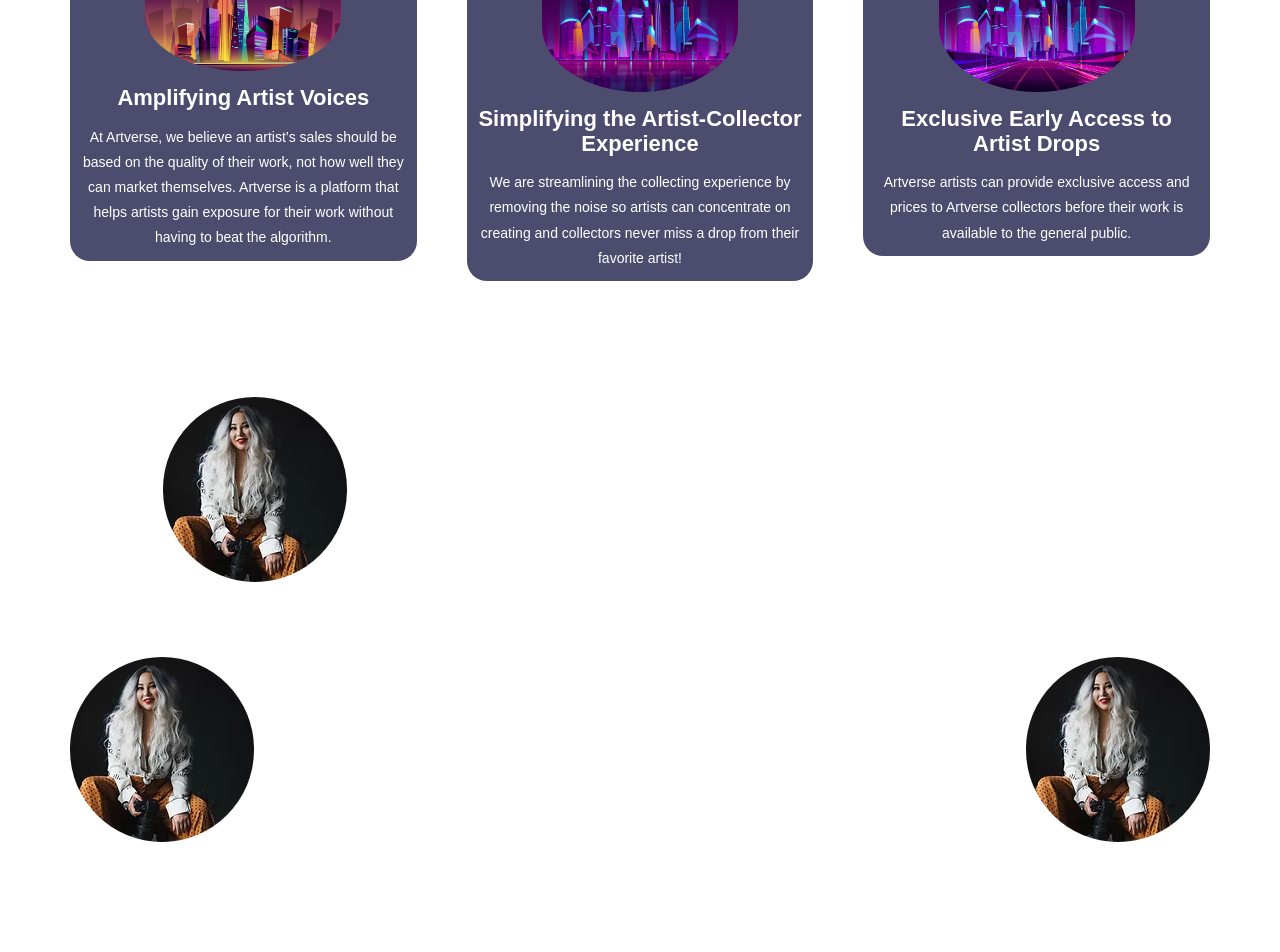
Repository: akinolapo/artverse
Page: /
An editor plug-in stored every save of this project. The page is shown before and after the next save, followed by the edit.
The browser window is 1280 px wide. The pictures show the part of the page from y = 1033 to 1985 px (the page is 1985 px tall).
The project was rebuilt for these pictures with package versions that can differ from the ones it lists, and the page was loaded fresh each time.

Above is the page before, as saved 2022-07-25 14:36:29.

After the next save:
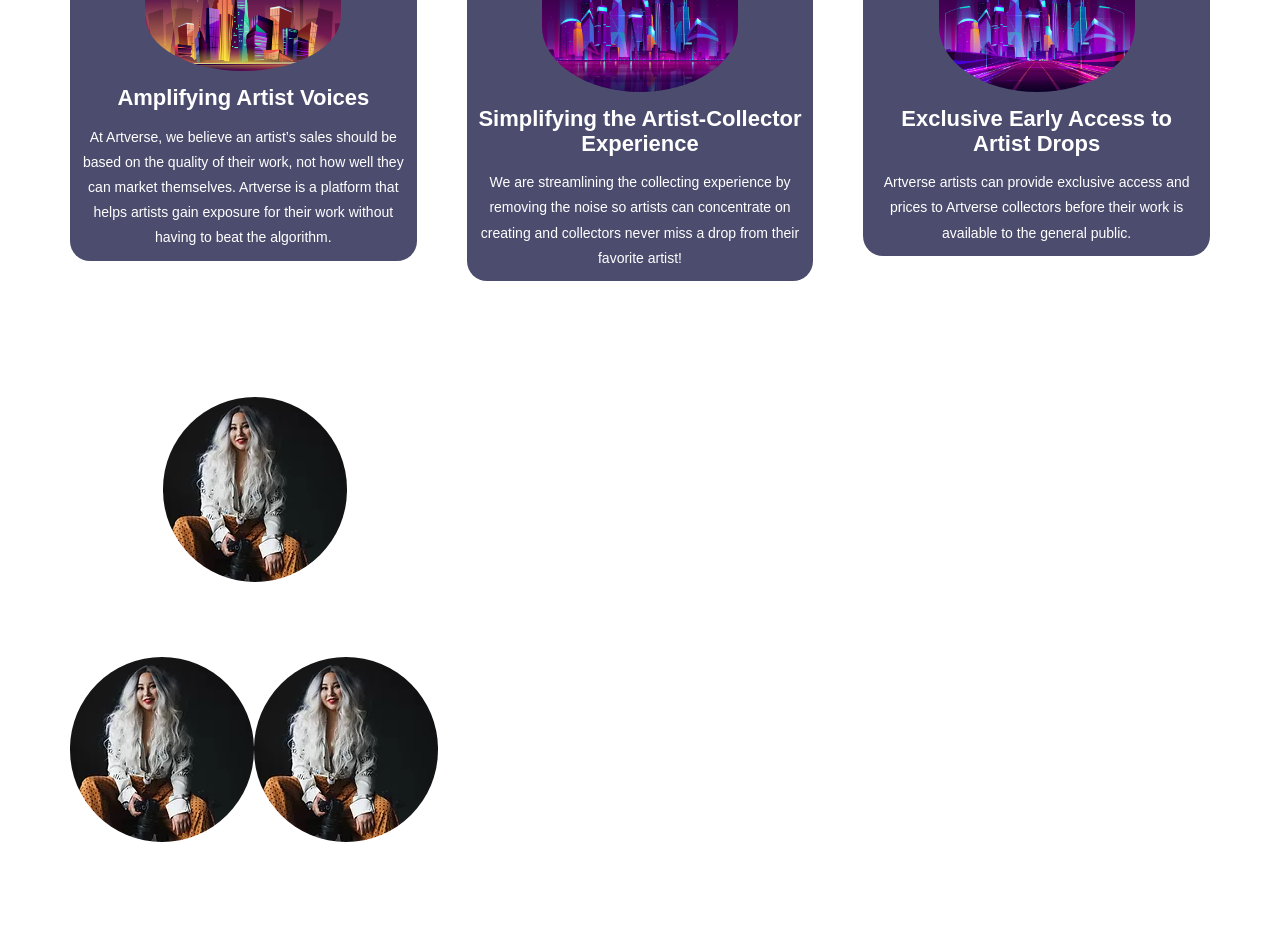
Saved 7 s later.
--- a/src/components/Team/Team.jsx
+++ b/src/components/Team/Team.jsx
@@ -27,7 +27,7 @@
                     </p>
                 </div>
             </div>
-            <div className='flex justify-center justify-between'>
+            <div className='flex ju'>
             <div className='text-center'>
                         <img className='rounded-full m-auto' src={process.env.PUBLIC_URL+`assets/founder.webp`} alt='Founder'></img>
                         <h5>Rachel Wood</h5>
